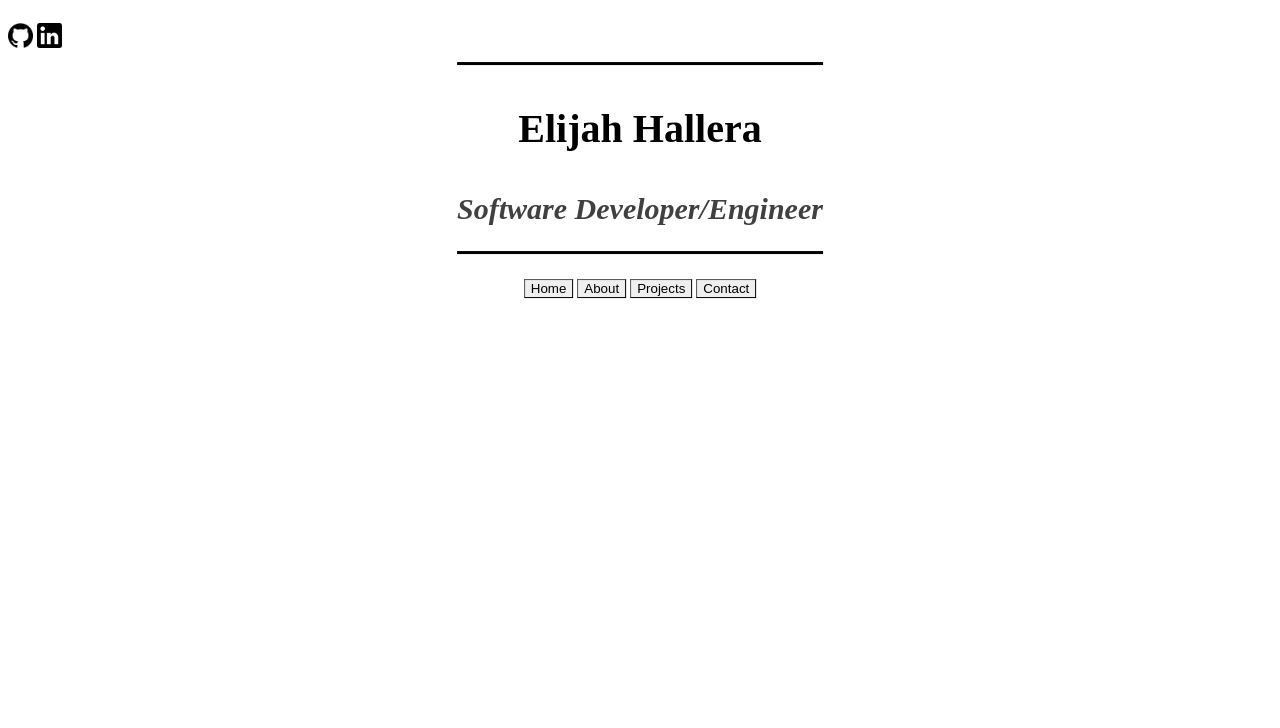
Repository: ElijahHallera/ElijahHallera.github.io
Page: http://localhost/
The author's editor kept a record of every edit. The page is drawn from the files as they stood at one moment, then again after the next edit.
The browser window is 1280 px wide. The pictures show the whole page.
The page is served by the project's Node server (index.js).

Above is the page before.

### views/Homepage.ejs
<%- include ('partials/header'); -%>

<div class="bg">
	<div class="centered">

		<div class="borderlines">
			<h3> Elijah Hallera </h3>
			<h2> Software Developer/Engineer</h2>
		</div>

		<nav>
			<a href= "/"> <button class="button btn btn-default"> Home </button></a>
			<a href= "/about"> <button class="button btn btn-default"> About </button></a>
			<a href= "/projects"> <button class="button btn btn-default"> Projects </button></a>
			<a href= "/contact"><button class="button btn btn-default"> Contact </button></a>
		</nav>
	</div>
	<a class="centered2"> <img href="https://github.com/ElijahHallera" class="gitIcon" src="images/git2.png">
						  <img  href="https://www.linkedin.com/in/elijah-hallera-892278199/" class="linkedIcon" src="images/LinkedInLogo.png"></a>

</div>

### views/partials/header.ejs
<!DOCTYPE html>
<html>

  <head>
    <title>Hallera Portfolio</title>
    <meta charset="UTF-8">
    <meta name="viewport" content="width=device-width, initial-scale=1.0">
		<link rel='stylesheet' type='text/css' href='app.css'>
		<link rel="stylesheet" href="https://cdnjs.cloudflare.com/ajax/libs/font-awesome/4.7.0/css/font-awesome.min.css">
  </head>

  <body>

### index.js
/* App Configuration */
var express = require('express');
var methodOverride = require('method-override');

var app = express();
var port = process.env.PORT || 8080;

app.use(express.static('public'));
app.set('view engine', 'ejs');

/* Home Route */
app.get('/', function(req, res){
    res.render('Homepage');
});

app.get('/about', function(req, res){
    res.render('About');
});

app.get('/projects', function(req, res){
    res.render('Projects');
});

app.get('/contact', function(req, res){
    res.render('Contact');
});

/* Error Route*/
app.get('*', function(req, res){
   res.render('error');
});

app.listen(port, () => console.log(`Listening on port ${port}`));

### public/app.css
body, html {
    height: 100%;
}

.bg {
  background-image: url("images/indieforest.jpg");
  height: 100%;
  width: 100%;
  background-position: center;
  background-repeat: no-repeat;
  background-size: cover;
}

nav {
    padding-top: 25px;
    text-align: center;
}

h3{
    color: black;
    text-align: center;
    font-size: 40px;
    font-weight: bold;
}

h2 {
    text-align: center;
    font-style: italic;
    font-size: 30px;
    color: black;
    opacity: 75%;
}

.centered{
  position: fixed;
  top: 25%;
  left: 50%;
  transform: translate(-50%, -50%);
}

.borderlines{
  border-top-style: solid;
  border-top-color: black;
  border-bottom-style: solid;
  border-bottom-color: black;
}

.button {
  transition-duration: 0.4s;
  border: 1px outset black;
}

.button:hover {
  background-color: black;
  color: white;
}

.gitIcon{
  padding-top: 15px;
  width: 25px;
  height: auto;
  text-align: center;
}

.linkedIcon{
  padding-top: 15px;
  width: 25px;
  height: auto;
  text-align: center;
}

### views/error.ejs
<%- include ('partials/header'); -%>

<h2 style='color: red;'> Sorry, Page not found !</h2>

After the next edit:
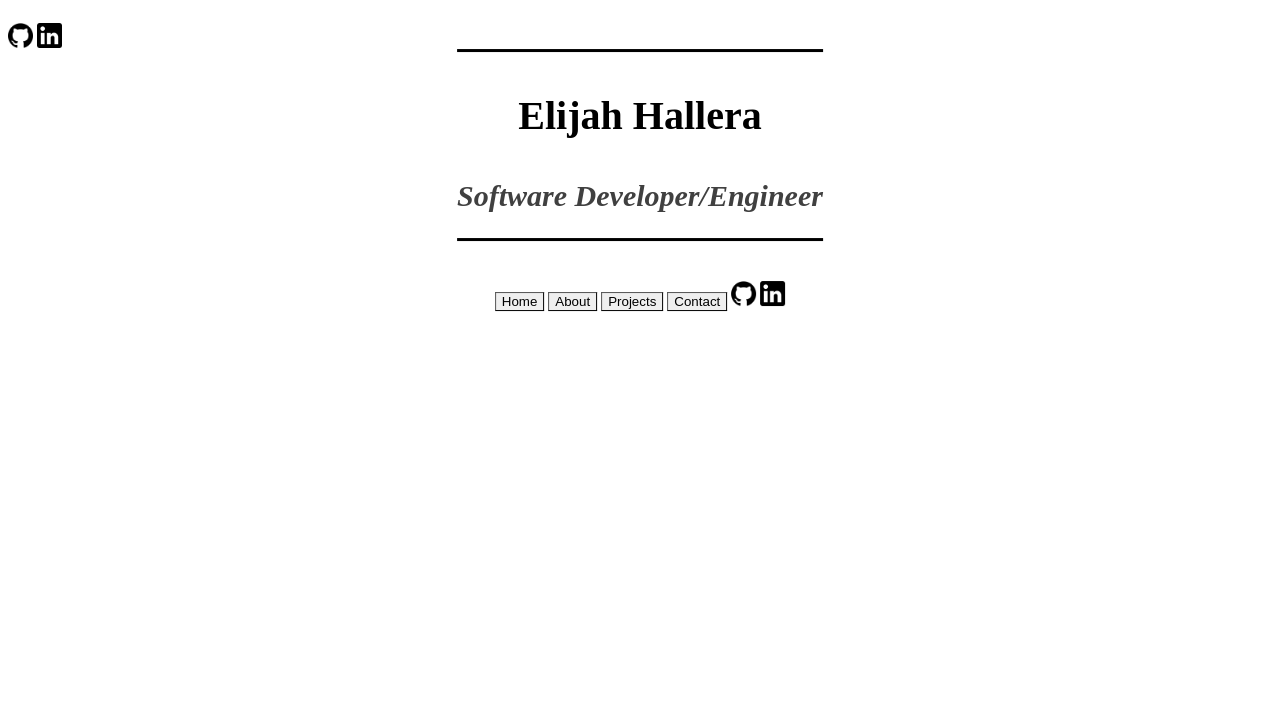
The edit:
--- a/views/Homepage.ejs
+++ b/views/Homepage.ejs
@@ -13,6 +13,9 @@
 			<a href= "/about"> <button class="button btn btn-default"> About </button></a>
 			<a href= "/projects"> <button class="button btn btn-default"> Projects </button></a>
 			<a href= "/contact"><button class="button btn btn-default"> Contact </button></a>
+
+			<a class="centered2"> <img href="https://github.com/ElijahHallera" class="gitIcon" src="images/git2.png">
+			<img  href="https://www.linkedin.com/in/elijah-hallera-892278199/" class="linkedIcon" src="images/LinkedInLogo.png"></a>
 		</nav>
 	</div>
 	<a class="centered2"> <img href="https://github.com/ElijahHallera" class="gitIcon" src="images/git2.png">
